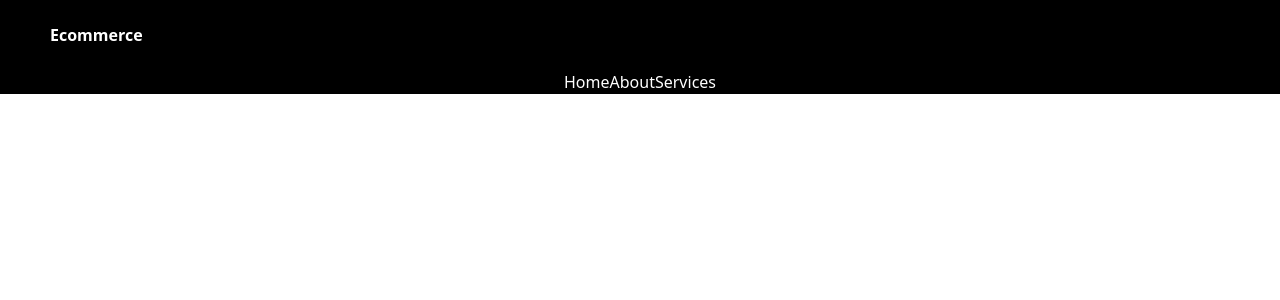
Repository: OmniaRafat232111121/ecommerceredux
Page: / (app in eco/)
These files come from the project's save history. The page is drawn as it stood at one moment and after a run of saves; the edit follows.
The browser window is 1280 px wide. The pictures show the whole page.
The project was rebuilt for these pictures with package versions that can differ from the ones it lists, and the page was loaded fresh each time.

Above is the page before, as saved 2022-11-01 18:27:22.

### eco/src/index.js
import React from 'react';
import ReactDOM from 'react-dom/client';
import App from './App';
import './index.css'
const root = ReactDOM.createRoot(document.getElementById('root'));
root.render(
  <React.StrictMode>
    <App />
  </React.StrictMode>
);

### eco/src/App.js

import { Provider } from 'react-redux';
import Header from './components/Header';
import store from './redux/store';
function App() {
  return (
  <Provider store={store}>
<div className='max-w-[1920px] mx-auto overflow-hidden bg-white'>
<Header/>
</div>
    </Provider>
  );
}

export default App;

### eco/src/components/Header.js
import React from 'react'

const Header = () => {
  return (
    <header className='bg-black text-white fixed left-0 right-0 z-10 w-full  mx-auto transition-all duration-150 '>
    <div className='flex justify-between items-center h-[70px] pl-[50px] pr-[60px]'>
    <h1 className='font-bold'>Ecommerce</h1>
    </div>
    <div className='flex  justify-center items-center z-10'>
    <ul className='flex justify-between'>
    <li><a href="#">Home</a></li>
    <li><a href="#">About</a></li>
    <li><a href="#">Services</a></li>
    </ul>
    </div>
    </header>
  )
}

export default Header

### eco/src/redux/store.js
import { createStore, applyMiddleware } from 'redux'
import { composeWithDevTools } from 'redux-devtools-extension'
import logger from 'redux-logger'
import thunk from 'redux-thunk'
import { reducers } from './reducers/rootReducer'



const store = createStore(
  reducers,
  composeWithDevTools(applyMiddleware(logger, thunk))
)

export default store

### eco/src/redux/reducers/rootReducer.js
import { combineReducers } from "redux";
import { productReducer } from "./productReducer";

 export const reducers=combineReducers({
    allproduct:productReducer
})

### eco/src/redux/reducers/productReducer.js
import { ActionTypes } from "../types/action-types";

const initialState={
    products:[
        {
            id:1,
            title:'market',
            category:"sales"
        }
    ],
}
export const productReducer=(state=initialState,{type,payload})=>{
   switch(type){
    case ActionTypes.SET_PRODUCT:
        return{
            ...state,products:payload
        }
    default:
        return state
   }
}

### eco/src/redux/types/action-types.js
export const ActionTypes={
    SET_PRODUCT:'SET_PRODUCT',
    SELECTED_PRODUCT:'SELECTED_PRODUCT',
    REMVOED_PRODUCT:'REMOVED_PRODUCT'
}

Loaded but not shown: eco/public/index.html (common file); eco/src/index.css (common file); eco/tailwind.config.js (common file)

After the next 6 saves:
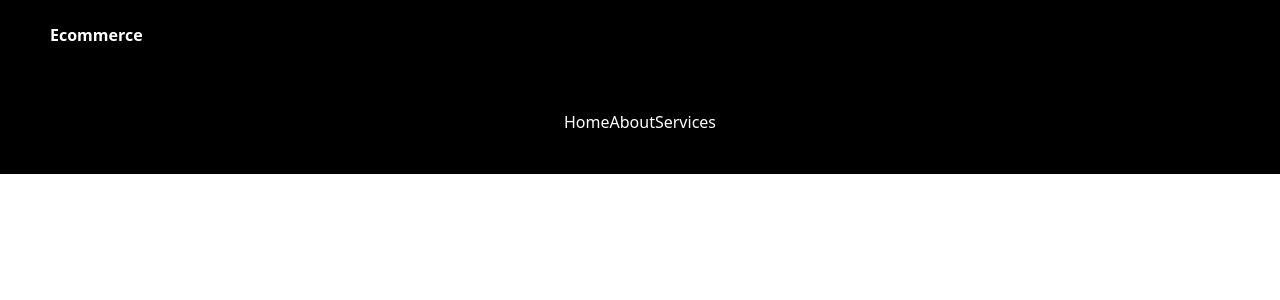
The 6 saves are shown as one change because they came seconds apart.
The last was saved 12 s later.
--- a/eco/src/components/Header.js
+++ b/eco/src/components/Header.js
@@ -6,7 +6,7 @@ const Header = () => {
     <div className='flex justify-between items-center h-[70px] pl-[50px] pr-[60px]'>
     <h1 className='font-bold'>Ecommerce</h1>
     </div>
-    <div className='flex  justify-center items-center z-10'>
+    <div className='flex  justify-center items-center z-10 py-10'>
     <ul className='flex justify-between'>
     <li><a href="#">Home</a></li>
     <li><a href="#">About</a></li>
